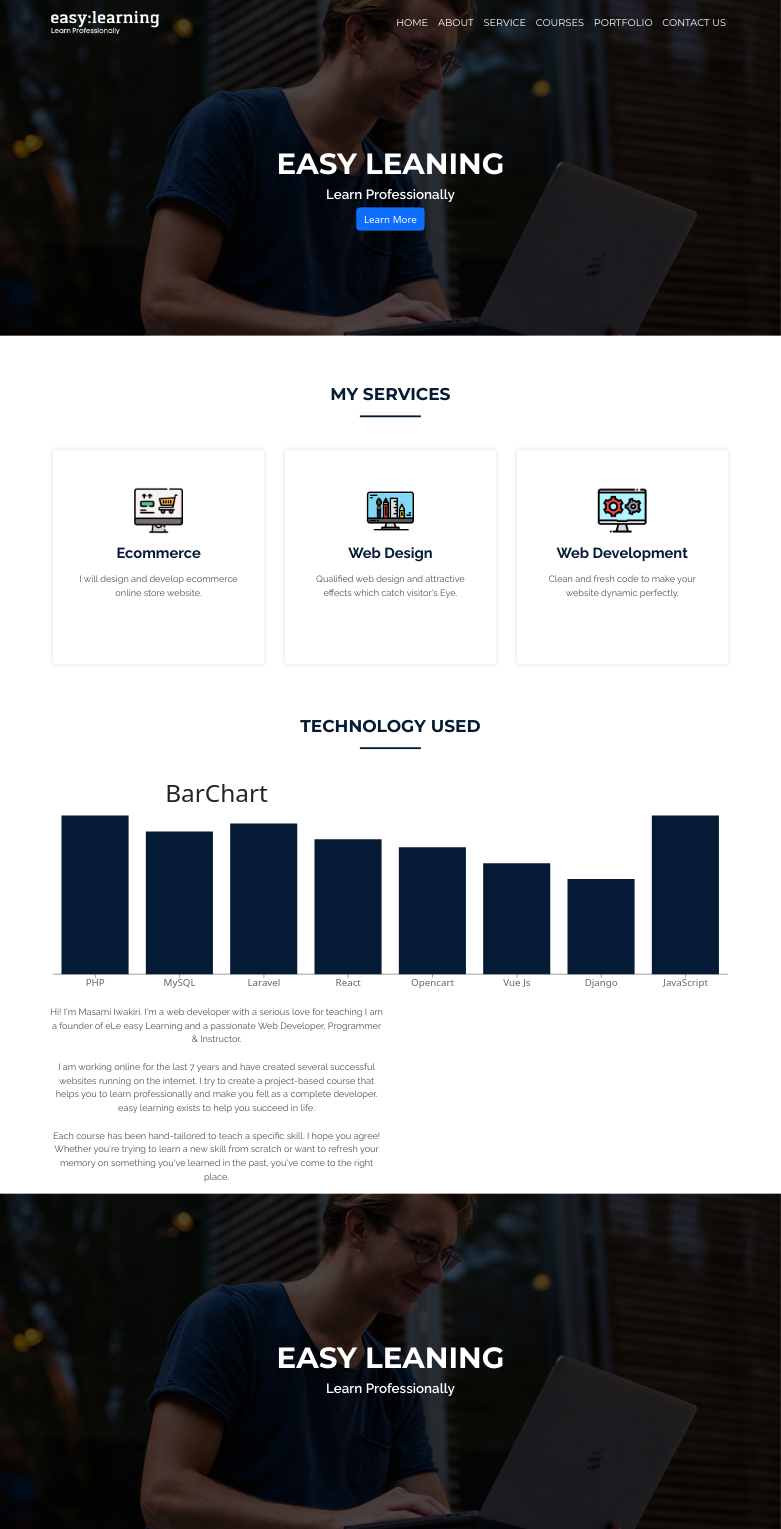
Repository: masamichan/free_video_app
Page: /
These files come from the project's save history. The page is drawn as it stood at one moment and after the next save; the edit follows.
The browser window is 1280 px wide. The pictures show the whole page, at 61% of full size.
Backgrounds fixed to the window are drawn as part of the page. The project was rebuilt for these pictures with package versions that can differ from the ones it lists, and the page was loaded fresh each time.

Above is the page before, as saved 2023-01-29 11:04:25.

After the next save:
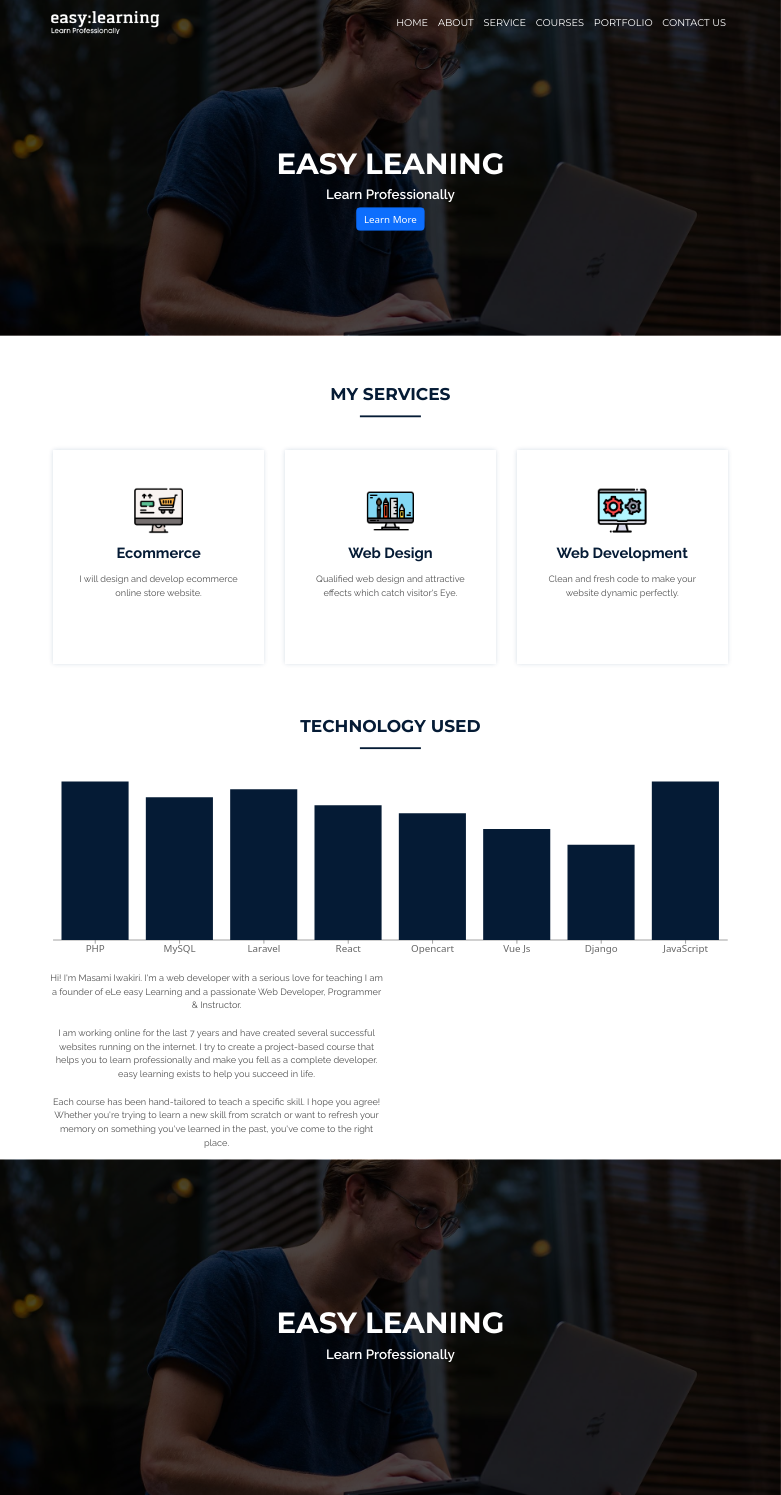
Saved 46 s later.
--- a/src/components/Analysis/Analysis.jsx
+++ b/src/components/Analysis/Analysis.jsx
@@ -26,9 +26,6 @@ class Analysis extends Component {
           <h1 className="serviceMainTitle">TECHNOLOGY USED</h1>
           <div className="bottom"></div>
           <Row>
-            <Col lg={6} md={12} sm={12}>
-              <h1>BarChart</h1>
-            </Col>
             <Col
               style={{ width: "100%", height: "300px" }}
               lg={6}
